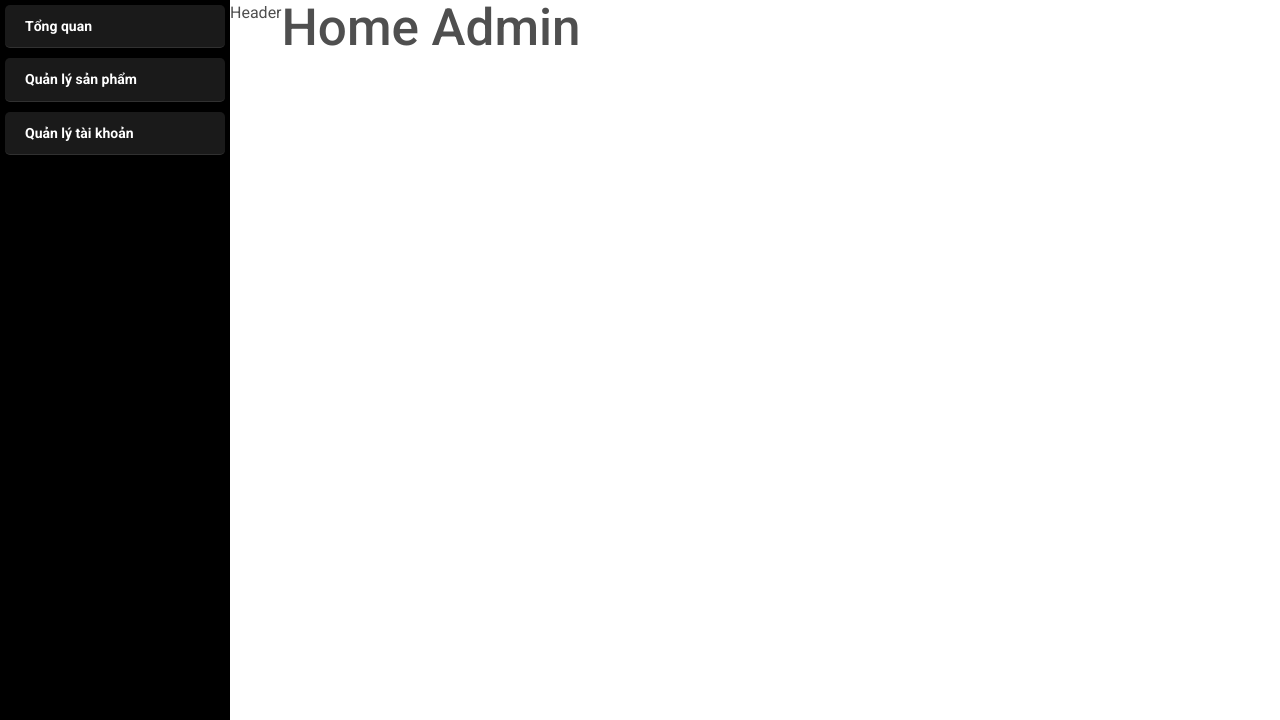
Repository: TinhTT336/MD02_Session10
Page: /admin
An editor plug-in stored every save of this project. The page is shown before and after the next save, followed by the edit.
The browser window is 1280 px wide. The pictures show the whole page.
Some web libraries are served in a nearby version. The project was rebuilt for these pictures with package versions that can differ from the ones it lists, and the page was loaded fresh each time. Also part of the build but not shown: vite.config.js, src/layouts/Navbar.jsx, src/layouts/Footer.jsx, src/components/base/button/button.css, src/components/base/button/Button.jsx, src/pages/Home.jsx, src/common/formatMoney.js, src/actions/cartActions.js and 11 more.

Above is the page before, as saved 2023-09-08 16:15:50.

### index.html
<!DOCTYPE html>
<html lang="en">
  <head>
    <meta charset="UTF-8" />
    <link rel="icon" type="image/svg+xml" href="/vite.svg" />
    <meta name="viewport" content="width=device-width, initial-scale=1.0" />
    <title>Vite + React</title>
    <!-- Font Awesome -->
    <link
      href="https://cdnjs.cloudflare.com/ajax/libs/font-awesome/6.0.0/css/all.min.css"
      rel="stylesheet"
    />
    <!-- Google Fonts -->
    <link
      href="https://fonts.googleapis.com/css?family=Roboto:300,400,500,700&display=swap"
      rel="stylesheet"
    />
    <!-- MDB -->
    <link
      href="https://cdnjs.cloudflare.com/ajax/libs/mdb-ui-kit/6.4.1/mdb.min.css"
      rel="stylesheet"
    />
  </head>
  <body>
    <div id="root"></div>
    <script type="module" src="/src/main.jsx"></script>
    <script
      type="text/javascript"
      src="https://cdnjs.cloudflare.com/ajax/libs/mdb-ui-kit/6.4.1/mdb.min.js"
    ></script>
  </body>
</html>

### src/main.jsx
import React from 'react'
import ReactDOM from 'react-dom/client'
import App from './App.jsx'
import './index.css'
import { BrowserRouter } from 'react-router-dom'
import { Provider } from 'react-redux'
import { createStore } from 'redux'
import { reducer } from './reducers/index.js'

const store = createStore(reducer)
ReactDOM.createRoot(document.getElementById('root')).render(
  <React.StrictMode>
    <BrowserRouter>
      <Provider store={store}>
        <App />
      </Provider>
    </BrowserRouter>
  </React.StrictMode>,
)

### src/App.jsx

import { Route, Routes, useLocation } from 'react-router-dom'
import './App.css'
import Home from './pages/Home'
import ListProduct from './pages/ListProduct'
import Cart from './pages/Cart'
import About from './pages/About'
import Contact from './pages/Contact'
import Register from './pages/Register'
import Login from './pages/Login'
import ProductDetail from './pages/ProductDetail'
import { useEffect } from 'react'
import PrivateRouter from './pages/private/PrivateRouter'
import HomeAdmin from './pages/private/HomeAdmin'
import ManagerProduct from './pages/private/ManagerProduct'
import ManagerUser from './pages/private/ManagerUser'

function App() {
  const location = useLocation();
  useEffect(() => {
    window.scrollTo({ top: 0, behavior: "smooth" });
  }, [location.pathname])
  return (
    <>
      <Routes>
        {/* Router ai cung co the truy cap */}
        <Route path='/' element={<Home />}></Route>
        <Route path='/list-product' element={<ListProduct />}></Route>
        <Route path='/product/:id' element={<ProductDetail />}></Route>
        <Route path='/cart' element={<Cart />}></Route>
        <Route path='/about' element={<About />}></Route>
        <Route path='/contact' element={<Contact />}></Route>
        <Route path='/register' element={<Register />}></Route>
        <Route path='/login' element={<Login />}></Route>
        <Route path='/product-detail' element={<ProductDetail />}></Route>

        {/* Router chi admin moi co the truy cap */}
        <Route path='/admin' element={<PrivateRouter />}>
          {/* path ="/" duong dan tuyet doi */}
          <Route index element={<HomeAdmin />}></Route>
          <Route path='manager-product' element={<ManagerProduct />}></Route>
          <Route path='manager-user' element={<ManagerUser />}></Route>
        </Route>
      </Routes>
    </>
  )
}

export default App

### src/reducers/index.js
import { combineReducers } from "redux";
import { listProduct } from "./listProduct";
import { listCart } from "./listCart";

export const reducer = combineReducers({ listProduct, listCart });

### src/App.css
* {
  margin: 0;
  padding: 0;
  box-sizing: border-box;
}
.active {
  background-color: #efefef;
}
/* body {
  max-width: 90%;
  margin: 0 auto;
} */

.nav-item .nav-link {
  padding: 15px;
}

.fa-cart-shopping {
  position: relative;
}

.fa-cart-shopping + span {
  position: absolute;
  top: -10px;
  right: -10px;
  background-color: red;
  color: white;
  border-radius: 50%;
  padding: 5px 10px;
}

### src/pages/private/PrivateRouter.jsx
import React from 'react'
import { Navigate, Outlet } from 'react-router-dom';

export default function PrivateRouter() {
    const isLogin = true; //da dang nhap
    return isLogin ? <Outlet /> : (<Navigate to={"/login"} />)
}

### src/pages/private/HomeAdmin.jsx
import React from 'react'
import Sidebar from '../../layouts/admin/sidebar/Sidebar'
import Header from '../../layouts/admin/Header'

export default function HomeAdmin() {
    return (
        <>
            <div className='d-flex'>
                <Sidebar />
                <Header />
                <h1>Home Admin</h1>

            </div>
        </>
    )
}

### src/reducers/listProduct.js
import products from "../data/products.json";
export const listProduct = (state = products, action) => {
  return state;
};

### src/reducers/listCart.js
import {
  ACT_ADD_CART,
  ACT_DECREASE,
  ACT_DELETE,
  ACT_INCREASE,
} from "../contrains/actionTypes";

const initialState = JSON.parse(localStorage.getItem("carts")) || [];
const saveDataLocal = (arr) => {
  localStorage.setItem("carts", JSON.stringify(arr));
};

/**
 * ham lay ra vi tri cua product trong listProduct
 * @param {*} id id can kiem tra
 * @param {*} arr mang can kiem tra
 * @returns neu tim thay ban ghi thi tra ra vi tri, neu khong tra ra -1
 * Author: TinhTT(08/09/2023)
 */
const findIndexProduct = (id, arr) => {
  const productIndex = arr.findIndex((p) => p.product_id === id);
  return productIndex;
};
export const listCart = (state = initialState, action) => {
  switch (action.type) {
    case ACT_ADD_CART:
      //b1:clone mang cu
      const newCarts = [...state];
      // vi tri can lay
      const indexProduct = findIndexProduct(
        action.payload.product_id,
        newCarts
      );
      // b2: kiem tra san pham da ton tai torng gio hang chua?
      if (indexProduct !== -1) {
        // neu da ton tai thi tang so luong
        newCarts[indexProduct].quantity += 1;
        // b3: luu giu lieu len local
        saveDataLocal(newCarts);
        // b4: return mang moi
        return newCarts;
      } else {
        // neu chua thi them vao gio hang
        const newAddCarts = [...state, { ...action.payload, quantity: 1 }];
        // b3: luu giu lieu len local
        saveDataLocal(newAddCarts);
        // b4: return mang moi
        return newAddCarts;
      }
    case ACT_DECREASE:
      // clone ra mang moi
      const newArr = [...state];
      // tim vi tri san pham
      const indexProductDecrease = findIndexProduct(action.payload, newArr);
      // neu so luong sp lon hon 0 thi giam di
      if (newArr[indexProductDecrease].quantity > 1) {
        newArr[indexProductDecrease].quantity -= 1;
        saveDataLocal(newArr);
        return newArr;
      } else {
        // neu so luong bang 0 thi clear khoi gio hang
        //cach 1:
        // newArr.splice(indexProductDecrease, 1);
        // saveDataLocal(newArr);
        // return newArr;

        // cach 2:
        const productFilter = newArr.filter(
          (p) => p.product_id !== action.payload
        );
        saveDataLocal(productFilter);
        return productFilter;
      }
    case ACT_INCREASE:
      // tim vi tri san pham
      const indexProductIncrease = findIndexProduct(action.payload, state);
      // clone ra mang moi
      const newArrIncrease = [...state];
      newArrIncrease[indexProductIncrease].quantity += 1;
      saveDataLocal(newArrIncrease);
      return newArrIncrease;
    case ACT_DELETE:
      // clone ra mang moi
      const newArrDelete = [...state];
      // loc ra cac san pham co id khac voi id cua sp can xoa
      const newArrAfterDelete = newArrDelete.filter(
        (p) => p.product_id !== action.payload
      );
      // luu giu lieu len local
      saveDataLocal(newArrAfterDelete);
      // return mang moi
      return newArrAfterDelete;
    default:
      return state;
  }
};

### src/layouts/admin/sidebar/Sidebar.jsx
import React from 'react'
import "./sidebar.css";
import { NavLink } from 'react-router-dom';
export default function Sidebar() {
    return (
        <>
            <div className='h-100 bg-black sidebar-admin'>
                <div>
                    <NavLink to={"/admin"} className="router-item">
                        <div></div>
                        <div className='router-item-title'>Tổng quan</div>
                    </NavLink>
                    <NavLink to={"/admin/manager-product"} className="router-item">
                        <div></div>
                        <div className='router-item-title'>Quản lý sản phẩm</div>
                    </NavLink>
                    <NavLink to={"/admin/manager-user"} className="router-item">
                        <div></div>
                        <div className='router-item-title'>Quản lý tài khoản</div>
                    </NavLink>
                </div>
            </div>

        </>
    )
}

### src/layouts/admin/Header.jsx
import React from 'react'

export default function Header() {
    return (
        <div>Header</div>
    )
}

### src/data/products.json
[
  {
    "product_id": 1,
    "product_name": "đai lưng",
    "image": "https://mdbcdn.b-cdn.net/img/Photos/Horizontal/E-commerce/Products/belt.webp",
    "price": 50000,
    "description": "Đai lưng thời trang cho nam và nữ. Sản phẩm này làm từ chất liệu da tổng hợp cao cấp, chất lượng đảm bảo. Thiết kế đơn giản nhưng vô cùng thời trang, phù hợp cho mọi dịp và trang phục. Dễ dàng điều chỉnh độ rộng để phù hợp với bạn. Đai lưng là một phụ kiện không thể thiếu trong tủ đồ của bạn."
  },
  {
    "product_id": 2,
    "product_name": "sét đồ đi chơi",
    "image": "https://mdbcdn.b-cdn.net/img/Photos/Horizontal/E-commerce/Products/img%20(4).webp",
    "price": 60000,
    "description": "Sét đồ đi chơi này bao gồm một áo thun, một quần jean và một đôi giày thể thao. Áo thun được làm từ chất liệu cotton, mềm mại và thoáng mát. Quần jean được làm từ chất liệu denim, vừa vặn và tôn dáng. Đôi giày thể thao được làm từ chất liệu da, đế cao su, mang lại sự thoải mái và êm ái khi di chuyển."
  },
  {
    "product_id": 3,
    "product_name": "giầy Nike hồng",
    "image": "https://mdbcdn.b-cdn.net/img/Photos/Horizontal/E-commerce/Products/shoes%20(3).webp",
    "price": 55000,
    "description": "Giày Nike hồng là một đôi giày thời trang dành cho nữ. Giày được làm từ chất liệu da tổng hợp cao cấp, có màu hồng pastel xinh xắn. Thiết kế đơn giản nhưng tinh tế, phù hợp với nhiều trang phục khác nhau."
  },
  {
    "product_id": 4,
    "product_name": "giầy Nike ",
    "image": "https://mdbcdn.b-cdn.net/img/Photos/Horizontal/E-commerce/Products/img%20(23).webp",
    "price": 70000,
    "description": "Giày Nike là một đôi giày thể thao dành cho nam và nữ. Giày được làm từ chất liệu da tổng hợp cao cấp, có màu đen cá tính. Thiết kế hiện đại, năng động, phù hợp với nhiều hoạt động thể thao khác nhau."
  },
  {
    "product_id": 5,
    "product_name": "quần jeans",
    "image": "https://mdbcdn.b-cdn.net/img/Photos/Horizontal/E-commerce/Products/img%20(17).webp",
    "price": 80000,
    "description": "Quần jeans là một item thời trang không thể thiếu trong tủ đồ của bất kỳ ai. Quần jeans trong danh sách này được làm từ chất liệu denim cao cấp, vừa vặn và tôn dáng. Màu xanh jeans cổ điển, dễ phối với nhiều trang phục khác nhau."
  },
  {
    "product_id": 6,
    "product_name": "mũ da",
    "image": "https://mdbcdn.b-cdn.net/img/Photos/Horizontal/E-commerce/Products/img%20(30).webp",
    "price": 100000,
    "description": "Mũ da là một phụ kiện thời trang không thể thiếu cho cả nam và nữ. Mũ được làm từ chất liệu da cao cấp, có màu đen sang trọng. Thiết kế đơn giản nhưng tinh tế, phù hợp với nhiều trang phục khác nhau."
  }
]

### src/contrains/actionTypes.js
export const ACT_ADD_CART = "add";
export const ACT_DECREASE = "decrease";
export const ACT_INCREASE = "increase";
export const ACT_DELETE = "delete";

### src/layouts/admin/sidebar/sidebar.css
.sidebar-admin {
  width: 230px;
  min-height: 100vh;
  color: #fff;
  padding: 5px;
}

.router-item {
  padding: 10px;
  border-bottom: 1px solid rgba(255, 255, 255, 0.1);
  cursor: pointer;
  transition: all.3s ease;
  color: #fff;
  font-size: 14px;
  font-weight: 600;
  display: flex;
  align-items: center;
  /* justify-content: space-between; */
  position: relative;
  z-index: 1;
  margin-bottom: 10px;
  padding: 10px 20px 10px 20px;
  background-color: rgba(255, 255, 255, 0.1);
  border-radius: 5px;
  transition: all.3s ease;
  box-shadow: 0 1px 3px rgba(0, 0, 0, 0.12), 0 1px 2px rgba(0, 0, 0, 0.24);
}

.router-item:hover {
  background-color: rgba(255, 255, 255, 0.2);
  box-shadow: 0 14px 26px -12px rgba(0, 0, 0, 0.42),
    0 4px 23px 0px rgba(0, 0, 0, 0.12), 0 8px 10px -5px rgba(0, 0, 0, 0.2);
}

.router-item:hover.router-item-icon {
  color: #fff;
}

.router-item-icon {
  font-size: 20px;
  margin-right: 10px;
}

.router-item-title {
  font-size: 14px;
  font-weight: 600;
}

Loaded but not shown: src/index.css (common file)

After the next save:
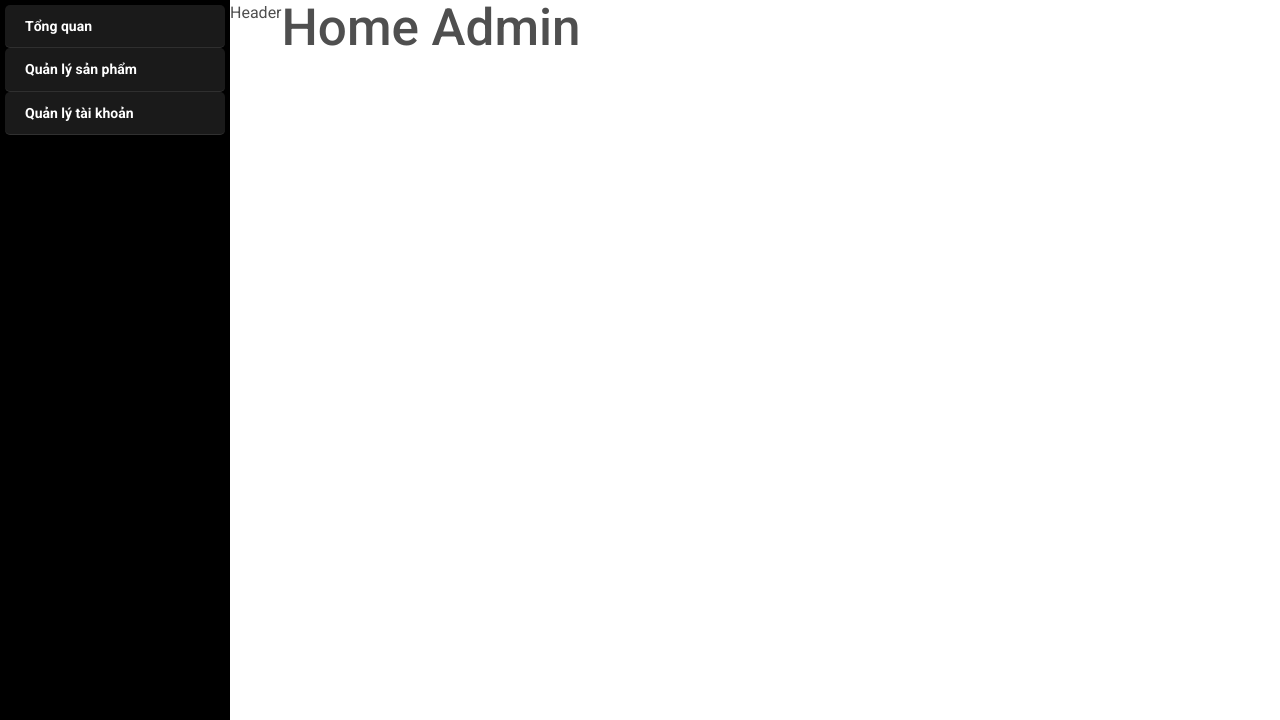
Saved 25 s later.
--- a/src/layouts/admin/sidebar/sidebar.css
+++ b/src/layouts/admin/sidebar/sidebar.css
@@ -18,7 +18,7 @@
   /* justify-content: space-between; */
   position: relative;
   z-index: 1;
-  margin-bottom: 10px;
+  /* margin-bottom: 10px; */
   padding: 10px 20px 10px 20px;
   background-color: rgba(255, 255, 255, 0.1);
   border-radius: 5px;
